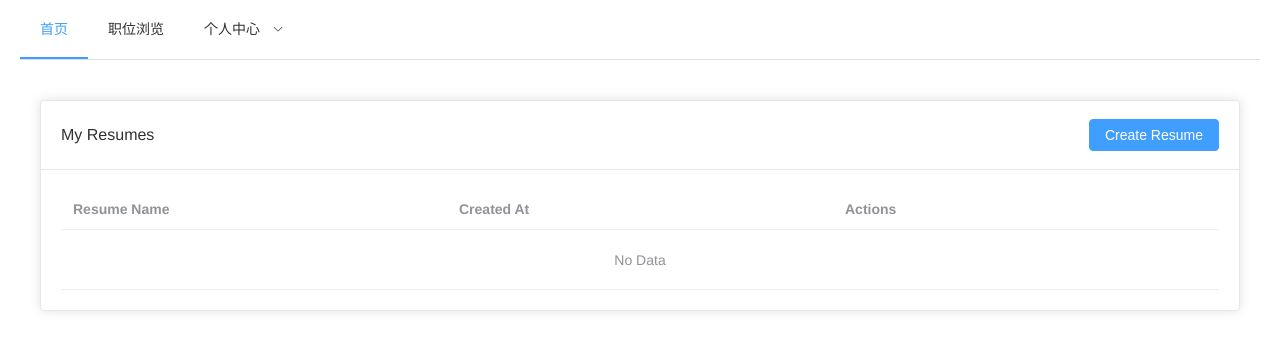
Repository: ssaallmmoonn/CampusRecruitment
Page: /resume (app in frontend/)
These files come from the project's save history. The page is drawn as it stood at one moment and after the next save; the edit follows.
The browser window is 1280 px wide. The pictures show the whole page.
The page's requests for data from a server got no answer. The project was rebuilt for these pictures with package versions that can differ from the ones it lists, and the page was loaded fresh each time. No one was signed in, and anything a server would have sent is missing. Also part of the build but not shown: frontend/vite.config.js.

Above is the page before, as saved 2026-03-07 18:07:35.

### frontend/index.html
<!doctype html>
<html lang="en">
  <head>
    <meta charset="UTF-8" />
    <meta name="viewport" content="width=device-width, initial-scale=1.0" />
    <title>三之文鱼校园招聘</title>
  </head>
  <body>
    <div id="app"></div>
    <script type="module" src="/src/main.js"></script>
  </body>
</html>

### frontend/src/main.js
import { createApp } from 'vue'
import App from './App.vue'
import ElementPlus from 'element-plus'
import 'element-plus/dist/index.css'
import router from './router'
import * as ElementPlusIconsVue from '@element-plus/icons-vue'
import { createPinia } from 'pinia'

const app = createApp(App)

// Register Icons
for (const [key, component] of Object.entries(ElementPlusIconsVue)) {
  app.component(key, component)
}

app.use(ElementPlus)
app.use(router)
app.use(createPinia())
app.mount('#app')

### frontend/src/App.vue
<script setup>
</script>

<template>
  <div class="common-layout">
    <el-container>
      <el-header>
        <el-menu :default-active="'1'" class="el-menu-demo" mode="horizontal">
          <el-menu-item index="1">首页</el-menu-item>
          <el-menu-item index="2">职位浏览</el-menu-item>
          <el-sub-menu index="3">
            <template #title>个人中心</template>
            <el-menu-item index="3-1">我的简历</el-menu-item>
            <el-menu-item index="3-2">投递记录</el-menu-item>
            <el-menu-item index="3-3">退出登录</el-menu-item>
          </el-sub-menu>
        </el-menu>
      </el-header>
      <el-main>
        <router-view></router-view>
      </el-main>
    </el-container>
  </div>
</template>

<style>
body {
  margin: 0;
  font-family: 'Helvetica Neue', Helvetica, 'PingFang SC', 'Hiragino Sans GB',
  'Microsoft YaHei', '微软雅黑', Arial, sans-serif;
}
</style>

### frontend/src/router/index.js
import { createRouter, createWebHistory } from 'vue-router'

const routes = [
    {
        path: '/',
        name: 'Home',
        component: () => import('../views/Home.vue') ,
        redirect:'Home'
    },
    {
        path: '/login',
        name: 'Login',
        component: () => import('../views/Login.vue')
    },
    {
        path: '/jobs',
        name: 'JobBoard',
        component: () => import('../views/student/JobBoard.vue')
    },
    {
        path: '/jobs/:id',
        name: 'JobDetail',
        component: () => import('../views/student/JobDetail.vue')
    },
    {
        path: '/resume',
        name: 'MyResume',
        component: () => import('../views/student/MyResume.vue')
    }
]

const router = createRouter({
    history: createWebHistory(),
    routes,
})

export default router

### frontend/src/views/student/MyResume.vue
<template>
  <div class="resume-container">
    <el-card>
      <template #header>
        <div class="card-header">
          <span>My Resumes</span>
          <el-button type="primary" @click="openDialog('create')">Create Resume</el-button>
        </div>
      </template>

      <el-table :data="resumes" style="width: 100%" v-loading="loading">
        <el-table-column prop="resume_name" label="Resume Name" />
        <el-table-column prop="create_time" label="Created At">
            <template #default="scope">
                {{ formatDate(scope.row.create_time) }}
            </template>
        </el-table-column>
        <el-table-column label="Actions">
          <template #default="scope">
            <el-button size="small" @click="openDialog('edit', scope.row)">Edit</el-button>
            <el-button size="small" type="danger" @click="handleDelete(scope.row)">Delete</el-button>
          </template>
        </el-table-column>
      </el-table>
    </el-card>

    <!-- Create/Edit Dialog -->
    <el-dialog v-model="dialogVisible" :title="dialogType === 'create' ? 'Create Resume' : 'Edit Resume'">
      <el-form :model="form" label-width="120px">
        <el-form-item label="Resume Name">
          <el-input v-model="form.resume_name" />
        </el-form-item>

        <!-- Simple Resume Content -->
        <el-form-item label="Skills">
            <el-input v-model="form.content.skills" type="textarea" placeholder="Python, Vue, Django..." />
        </el-form-item>
        <el-form-item label="Experience">
            <el-input v-model="form.content.experience" type="textarea" placeholder="Work experience..." />
        </el-form-item>
        <el-form-item label="Projects">
            <el-input v-model="form.content.projects" type="textarea" placeholder="Project experience..." />
        </el-form-item>
      </el-form>
      <template #footer>
        <span class="dialog-footer">
          <el-button @click="dialogVisible = false">Cancel</el-button>
          <el-button type="primary" @click="handleSubmit">Confirm</el-button>
        </span>
      </template>
    </el-dialog>
  </div>
</template>

<script setup>
import { ref, reactive, onMounted } from 'vue'
import { getResumes, createResume, updateResume } from '@/api/recruitment'
import { ElMessage, ElMessageBox } from 'element-plus'
import request from '@/utils/request' // Import request for delete

const loading = ref(false)
const resumes = ref([])
const dialogVisible = ref(false)
const dialogType = ref('create')
const currentId = ref(null)

const form = reactive({
  resume_name: '',
  content: {
      skills: '',
      experience: '',
      projects: ''
  }
})

const fetchResumes = async () => {
  loading.value = true
  try {
    const res = await getResumes()
    resumes.value = res.results || res
  } catch (error) {
    ElMessage.error('Failed to load resumes')
  } finally {
    loading.value = false
  }
}

const openDialog = (type, row = null) => {
  dialogType.value = type
  dialogVisible.value = true
  if (type === 'edit' && row) {
    currentId.value = row.id
    form.resume_name = row.resume_name
    form.content = row.content || { skills: '', experience: '', projects: '' }
  } else {
    currentId.value = null
    form.resume_name = ''
    form.content = { skills: '', experience: '', projects: '' }
  }
}

const handleSubmit = async () => {
  try {
    if (dialogType.value === 'create') {
      await createResume(form)
      ElMessage.success('Created successfully')
    } else {
      await updateResume(currentId.value, form)
      ElMessage.success('Updated successfully')
    }
    dialogVisible.value = false
    fetchResumes()
  } catch (error) {
    // Error handled in interceptor
  }
}

const handleDelete = (row) => {
    ElMessageBox.confirm('Are you sure to delete this resume?', 'Warning', {
        confirmButtonText: 'OK',
        cancelButtonText: 'Cancel',
        type: 'warning',
    }).then(async () => {
        try {
            await request({
                url: `/recruitment/resumes/${row.id}/`,
                method: 'delete'
            })
            ElMessage.success('Deleted successfully')
            fetchResumes()
        } catch (error) {
             // Error handled in interceptor
        }
    }).catch(() => {
        // Cancelled
    })
}

const formatDate = (dateString) => {
  if (!dateString) return ''
  const date = new Date(dateString)
  return date.toLocaleDateString()
}

onMounted(() => {
  fetchResumes()
})
</script>

<style scoped>
.resume-container {
    padding: 20px;
}
.card-header {
  display: flex;
  justify-content: space-between;
  align-items: center;
}
</style>

### frontend/src/api/recruitment.js
import request from '@/utils/request'

// Resumes
export function getResumes() {
  return request({
    url: '/recruitment/resumes/',
    method: 'get'
  })
}

export function createResume(data) {
  return request({
    url: '/recruitment/resumes/',
    method: 'post',
    data
  })
}

export function updateResume(id, data) {
  return request({
    url: `/recruitment/resumes/${id}/`,
    method: 'put',
    data
  })
}

// Applications
export function applyJob(data) {
  return request({
    url: '/recruitment/applications/',
    method: 'post',
    data
  })
}

export function getApplications() {
  return request({
    url: '/recruitment/applications/',
    method: 'get'
  })
}

// Behaviors
export function recordBehavior(data) {
  return request({
    url: '/recruitment/behaviors/',
    method: 'post',
    data
  })
}

### frontend/src/utils/request.js
import axios from 'axios'
import { ElMessage } from 'element-plus'

const service = axios.create({
  baseURL: '/api', // Use relative path for proxy
  timeout: 5000
})

// Request interceptor
service.interceptors.request.use(
  config => {
    const token = localStorage.getItem('token')
    if (token) {
      config.headers['Authorization'] = 'Bearer ' + token
    }
    return config
  },
  error => {
    console.log(error)
    return Promise.reject(error)
  }
)

// Response interceptor
service.interceptors.response.use(
  response => {
    const res = response.data
    // You can customize this based on your API response structure
    return res
  },
  error => {
    console.log('err' + error)
    ElMessage({
      message: error.message || 'Error',
      type: 'error',
      duration: 5 * 1000
    })
    return Promise.reject(error)
  }
)

export default service

After the next save:
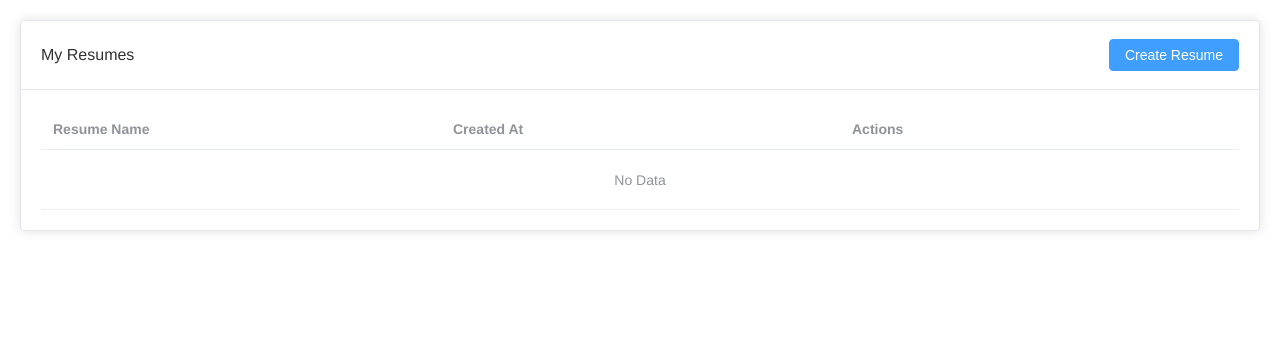
Saved 5 min 37 s later.
--- a/frontend/src/App.vue
+++ b/frontend/src/App.vue
@@ -2,25 +2,7 @@
 </script>
 
 <template>
-  <div class="common-layout">
-    <el-container>
-      <el-header>
-        <el-menu :default-active="'1'" class="el-menu-demo" mode="horizontal">
-          <el-menu-item index="1">首页</el-menu-item>
-          <el-menu-item index="2">职位浏览</el-menu-item>
-          <el-sub-menu index="3">
-            <template #title>个人中心</template>
-            <el-menu-item index="3-1">我的简历</el-menu-item>
-            <el-menu-item index="3-2">投递记录</el-menu-item>
-            <el-menu-item index="3-3">退出登录</el-menu-item>
-          </el-sub-menu>
-        </el-menu>
-      </el-header>
-      <el-main>
-        <router-view></router-view>
-      </el-main>
-    </el-container>
-  </div>
+  <router-view></router-view>
 </template>
 
 <style>
